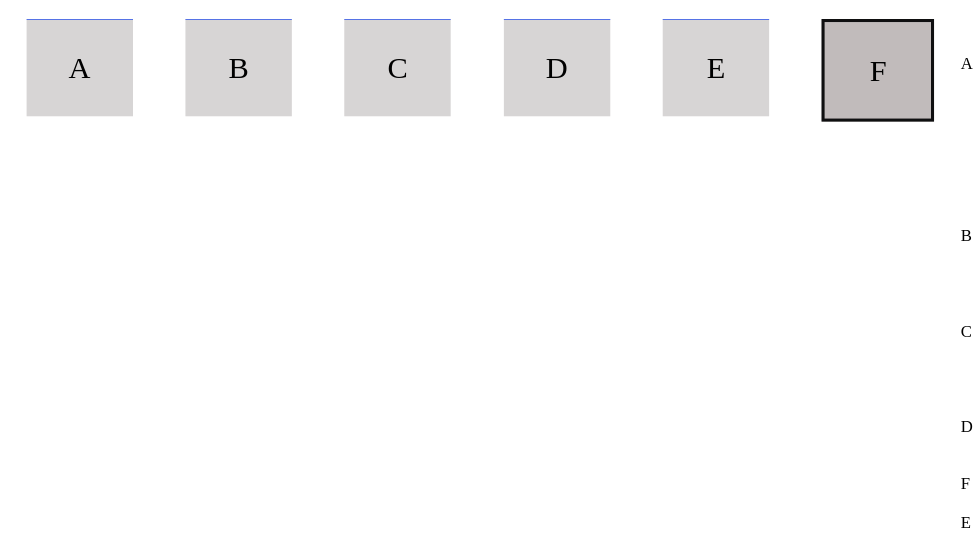
Repository: HoangDuy315/HW_TVK
Page: ex2/index.html
The author's editor kept a copy of each file at every save. The page is drawn from the files as they stood at one save, then again after the next save.
The browser window is 1280 px wide. The pictures show the whole page, at 76% of full size.

Above is the page before, as saved 2022-10-10 20:58:08.

After the next save:
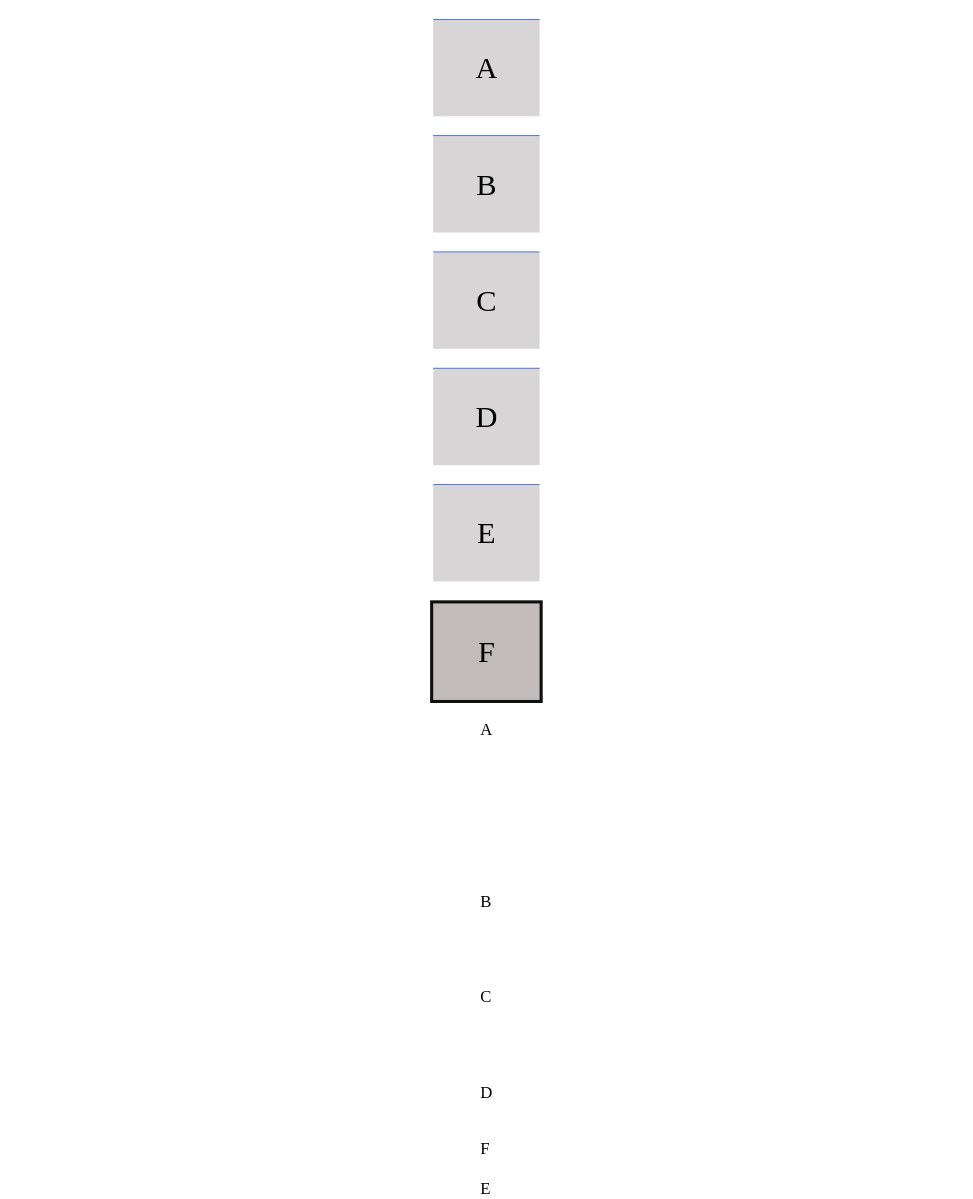
Saved 22 s later.
--- a/ex2/styleB.css
+++ b/ex2/styleB.css
@@ -1,11 +1,3 @@
-body {
-  flex-direction: row;
-
-  display: flex;
-  align-items: center;
-  font-size: 22px;
-}
-
 .squareb {
   margin-top: 200px;
   margin-bottom: -100px;
